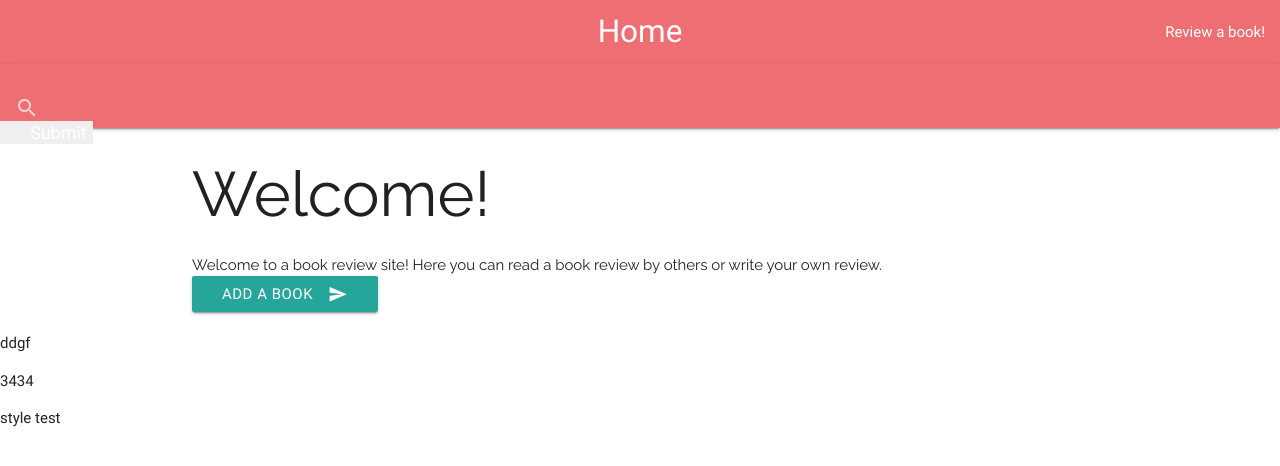
Repository: h8130084/bookReview
Page: http://localhost/
The author's editor kept a record of every edit. The page is drawn from the files as they stood at one moment, then again after the next edit.
The browser window is 1280 px wide. The pictures show the whole page.
Some web libraries are served in a nearby version. The page is served by the project's application, run on Flask 3 (app.py). Queries for data that is not in the repository find no rows.

Above is the page before.
Console error: ReferenceError: M is not defined

### templates/books.html
{% extends 'base.html' %} {% block content %}

<div class="container">
    <h1> Welcome!</h1>
    <div class="sub-heading" "row"> Welcome to a book review site! Here you can read a book review by others or write your own review.</div>



    {% for book in books%}

    <div class="collection">
        <a href="{{url_for( 'book_info', book_id=book._id)}} " class="collection-item"> {{book.Title}}</a>
    </div>

    {% endfor %}



    <div class="row" "addBookButton">
        <form action="{{url_for('add_book')}}" class="col s12">
            <button class="btn waves-effect waves-light" type="submit" name="action">add a book
                <i class="material-icons right">send</i>
            </button>
        </form>
    </div>

</div>
</div>

{% endblock %}

### templates/base.html
<!DOCTYPE html>
<html lang="en">

<head>
    <meta charset="UTF-8">
    <meta name="viewport" content="width=device-width, initial-scale=1.0">
    <meta http-equiv="X-UA-Compatible" content="ie=edge">

    <!-- taken from google fonts, materilaize and cdnjs -->
    <link href="https://fonts.googleapis.com/icon?family=Material+Icons" rel="stylesheet">
    <link rel="stylesheet" href="https://cdnjs.cloudflare.com/ajax/libs/materialize/0.100.2/css/materialize.min.css">
    <link rel="stylesheet" href="{{url_for('static', filename='/style.css')}}" type="text/css" />

    <title>Document</title>
</head>

<body>
    <header>
        <nav>
            <div class="nav-wrapper">
                <a href="{{url_for('get_books')}}" class="brand-logo center">Home</a>
                <ul id="nav-mobile" class="right">
                    <li><a href="{{url_for('add_book')}}">Review a book!</a></li>
            </div>
        </nav>
        <nav>
            <div class="nav-wrapper">
                <div class="search">
                    <form action="{{ url_for('search') }}">
                        <div class="input-field" "center">
                            <input id="search" type="search" name="Title" required>
                            <label class="label-icon" for="search"><i class="material-icons">search</i></label>
                            <i class="material-icons">close</i>
                            <input type="submit" value="Submit">
                        </div>
                    </form>
                </div>
            </div>
        </nav>
    </header>

    {% block content %} {% endblock %}

    <script src="https://cdnjs.cloudflare.com/ajax/libs/jquery/3.2.1/jquery.min.js"></script>
    <script src="https://cdnjs.cloudflare.com/ajax/libs/materialize/0.100.2/js/materialize.min.js"></script>
    <script type="text/javascript">
        $(document).ready(function() {
            $('.tabs').tabs();
            $('#Review').val('New Text');
            M.textareaAutoResize($('#Review'));
            $('.sidenav').sidenav();
        });
    </script>
    </div>


</body>

<div class="footer">
    <p>ddgf</p>
    <p>3434</p>
    <p>style test</p>

</html>

### app.py
import os
from flask import Flask, render_template, redirect, request, url_for
from flask_pymongo import PyMongo
from bson.objectid import ObjectId
import env

app = Flask(__name__)

app.config["MONGO_DBNAME"] = 'book_review'
app.config["MONGO_URI"] = env.MONGO_URI


mongo = PyMongo(app)

@app.route('/')
@app.route('/ get_books')
def get_books():
     return render_template("books.html", books=mongo.db.book_details.find())


@app.route('/search')
def search():
     searched_book = request.form.get('Title')
     book = mongo.db.book_details.find_one({'Title':searched_book})
     return render_template("search.html", book=book)


@app.route('/edit_book/<book_id>')
def edit_book(book_id):
    the_book = mongo.db.book_details.find_one({"_id": ObjectId(book_id)})
    all_categories = mongo.db.categories.find()
    return render_template('editbook.html', book=the_book, categories=all_categories)

@app.route('/update_book/<book_id>', methods=["POST"])
def update_book(book_id):
    books = mongo.db.book_details
    books.update( {'_id': ObjectId(book_id)},
    {
        'Title': request.form.get('Title'),
        'Author': request.form.get('Author'),
        'Genre': request.form.get('Genre'),
        'Year': request.form.get('Year'),
        'Image_URL': request.form.get('Image_URL'),
        'Amazon': request.form.get('Amazon'),
        'Review': request.form.get('Review')
    })
    return redirect(url_for('get_books'))

#book details page
@app.route('/book_info/<book_id>')
def book_info(book_id):
    the_book = mongo.db.book_details.find_one({"_id": ObjectId(book_id)})
    all_categories = mongo.db.categories.find()
    return render_template('bookdetails.html', book=the_book, categories=all_categories, comments=mongo.db.comments.find())

def get_comments():
     return render_template('bookdetails.html', comments=mongo.db.comments.find())

#  takes the details from the form and adds the comment to the database, then redirects to bookdetails page

@app.route('/insert_comment', methods=['POST'])
def insert_comment():

    new_comment = {
        'bookID': request.form.get('Title'),
        'comment': request.form.get('comment')
    }
    comments = mongo.db.comments
    books = mongo.db.book_review
    comments.insert_one(new_comment)
    # ----- get comments should be book.details page to display that the comment just added is present
    return  redirect(url_for('get_books'))

# displays add books page
@app.route('/add_book')
def add_book():
    return render_template('addbook.html')

#  takes the details from the form and adds the book to the database, then redirects to home page
@app.route('/insert_book', methods=['POST'])
def insert_book():

    new_book = {
        'Title': request.form.get('Title'),
        'Author': request.form.get('Author'),
        'Genre': request.form.get('Genre'),
        'Year': request.form.get('Year'),
        'Image_URL': request.form.get('Image_URL'),
        'Amazon': request.form.get('Amazon'),
        'Review': request.form.get('Review'),
        'upvotes': 0,
    }

    books = mongo.db.book_details
    books.insert_one(new_book)
    # ----- get books should be home page to display that the book just added is present
    return redirect(url_for('get_books'))

# delete the book
@app.route('/delete_book/<book_id>')
def delete_book(book_id):
    mongo.db.book_details.remove({'_id': ObjectId(book_id)})
    return redirect(url_for('get_books'))


if __name__ == '__main__':
    app.run(host=os.environ.get('IP'),
    port=int(os.environ.get('PORT')),
    debug=True)

### static/style.css
@import url('https://fonts.googleapis.com/css?family=Raleway&display=swap');

/*.coverIMG {*/
/*  width: 100%;*/
/*  max-width: 10px;*/
/*  height: auto;*/
/*  position: center;*/
/*}*/

.books{
   background-color: red;
   position: center;
   position: absolute;
 }

.list_of_books{
    text-align: center;
    border: double;
}

.tabs{
    position: center;
    position: relative;
}


/*text*/
h1{
  font-family: 'Raleway', sans-serif;
}
.sub-heading {
  font-family: 'Raleway', sans-serif;
}

After the next edit:
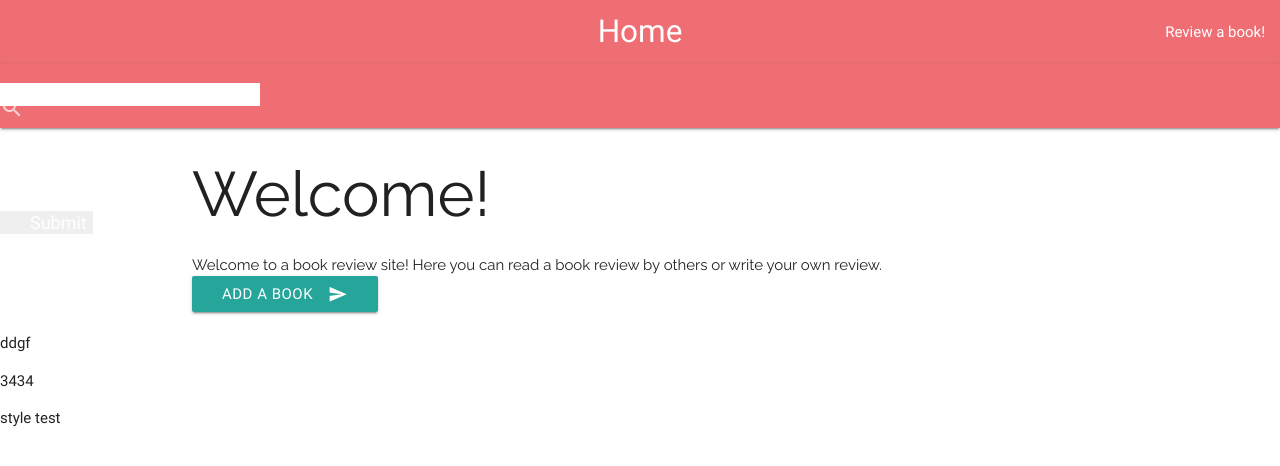
The edit:
--- a/templates/base.html
+++ b/templates/base.html
@@ -28,7 +28,7 @@
                 <div class="search">
                     <form action="{{ url_for('search') }}">
                         <div class="input-field" "center">
-                            <input id="search" type="search" name="Title" required>
+                            <input id="Title" type="Title" name="Title" required>
                             <label class="label-icon" for="search"><i class="material-icons">search</i></label>
                             <i class="material-icons">close</i>
                             <input type="submit" value="Submit">
